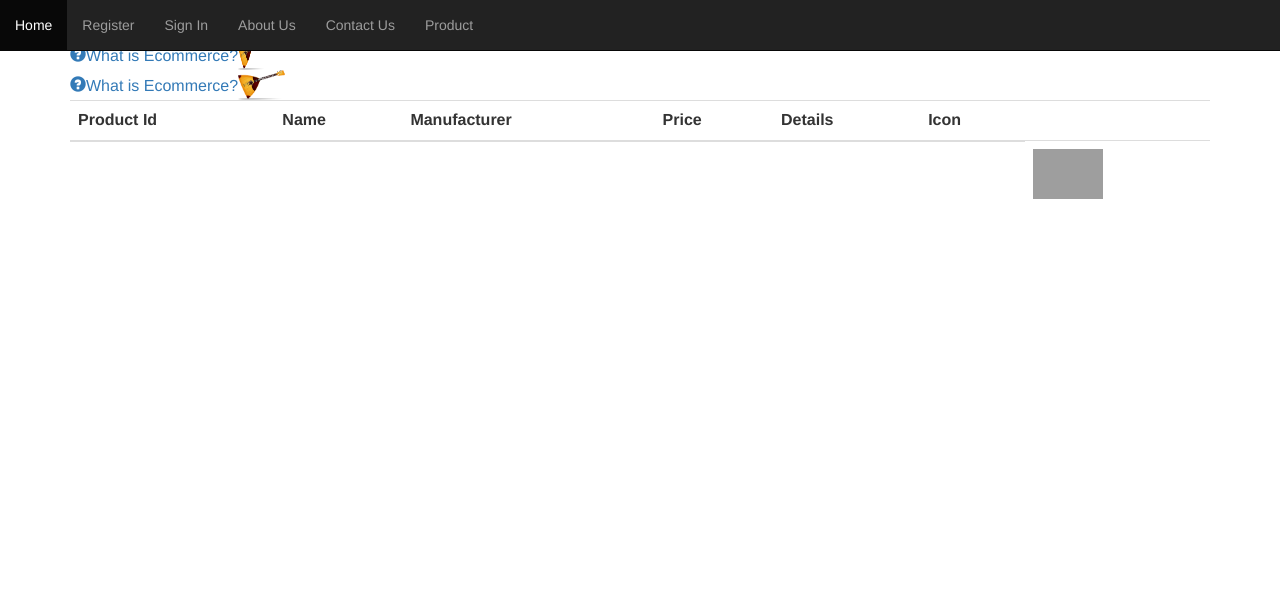
Repository: aradhana15/myFinalRepository
Page: http://localhost/music/WEB-INF/views/productDesc.jsp
These files come from the project's save history. The page is drawn as it stood at one moment and after the next save; the edit follows.
The browser window is 1280 px wide. The pictures show the whole page.
The page is served by Tomcat 9. Nobody is signed in. The template is opened directly, without the code that normally fills it, so the values that code supplies are empty.

Above is the page before, as saved 2016-04-23 12:48:37.
Console error (its wording comes from the project's code and is left out).

After the next save:
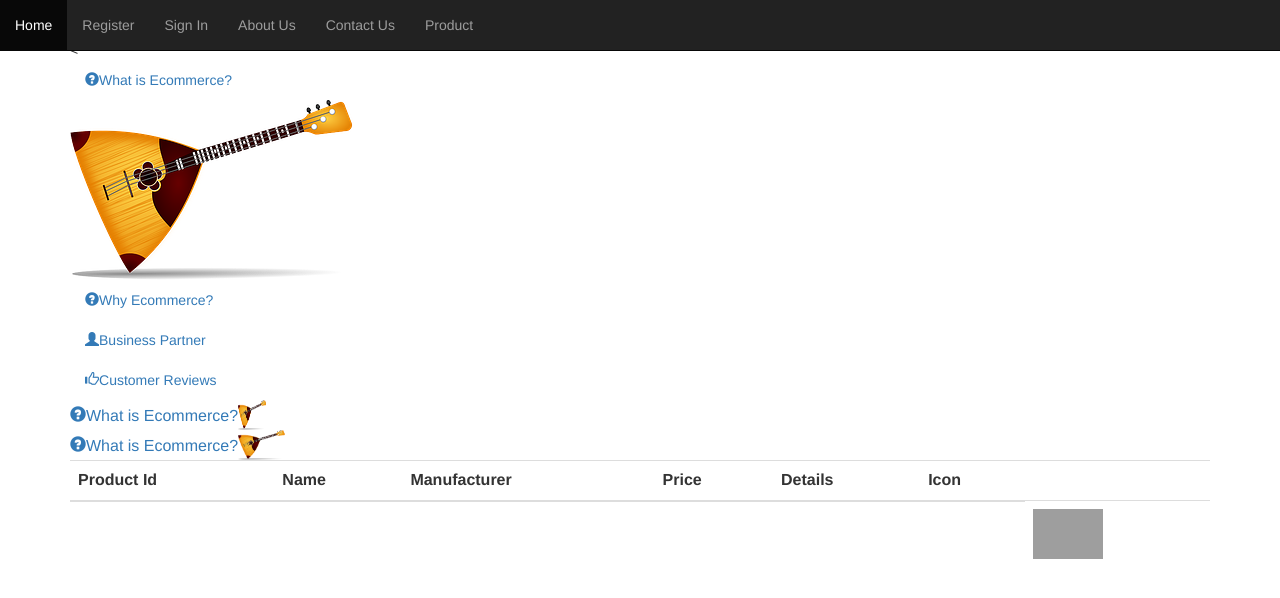
Saved 23 s later.
--- a/wwf/music/src/main/webapp/WEB-INF/views/header.jsp
+++ b/wwf/music/src/main/webapp/WEB-INF/views/header.jsp
@@ -33,7 +33,7 @@
 			<span class="sr-only">Toggle navigation</span> <span class="icon-bar"></span>
 			<span class="icon-bar"></span> <span class="icon-bar"></span>
 		</button>
-		<%-- <ul class="nav">
+		< <ul class="nav">
 			<li class="active"><a href="whatecomm"> <i
 					class="glyphicon glyphicon-question-sign"></i>What is Ecommerce?</a> <img src="<c:url value='/resources/images/guitar.jpg'/>"></li>
 			<li><a href="yecomm"> <i
@@ -42,7 +42,7 @@
 					class="glyphicon glyphicon-user"></i>Business Partner</a></li>
 			<li><a href="custreview"> <i
 					class="glyphicon glyphicon-thumbs-up"></i>Customer Reviews</a></li>
-		</ul> --%>
+		</ul>
 		<table>
 			<tr><td><a href="whatecomm"> <i
 					class="glyphicon glyphicon-question-sign"></i>What is Ecommerce?</a> </td>
